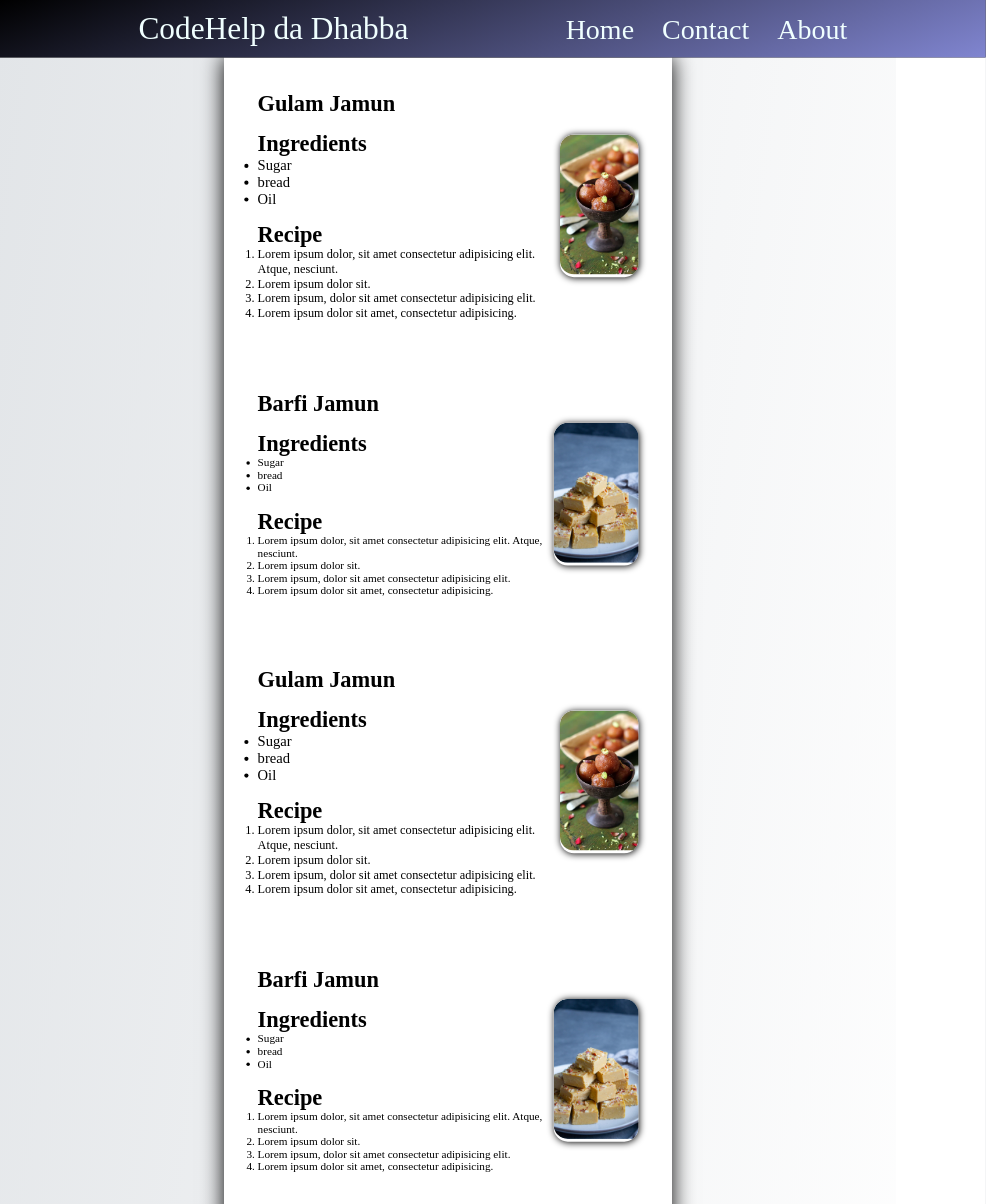
Repository: ssaddamhuss100/Recipe_Html_css
Page: index.html
An editor plug-in stored every save of this project. The page is shown before and after the next save, followed by the edit.
The browser window is 1280 px wide. The page is 1408 px wide, so the pictures cover 1408 px, including what lies to the right of the window. The pictures show the part of the page from y = 0 to 1720 px (the page is 2587 px tall), at 70% of full size.

Above is the page before, as saved 2024-12-12 10:48:16.

### index.html
<!DOCTYPE html>
<html lang="en">
<head>
    <meta charset="UTF-8">
    <meta http-equiv="X-UA-Compatible" content="IE=edge">
    <meta name="viewport" content="width=device-width, initial-scale=1.0">
    <title>Codehelp da Dhaaba</title>
    <link rel="stylesheet" href="style.css">
</head>
<body>

    <div class="container">

        <header>
            <div class="navContainer">
                <nav>
                    <ul id="navList">
                        <li>
                            <p id="navLogo">CodeHelp da Dhabba</p>
                        </li>
                        <li>
                            <div id="navItems">
                                <a href="#">Home</a>
                                <a href="#">Contact</a>
                                <a href="#">About</a>
                            </div>
                        </li>
                    </ul>
                </nav>
            </div>
        </header>

        <main>
            <div class="contentBox">
                <!-- item 1  -->
                <section>
                    <div class="item">
                        <div class="leftBox">
                            <!-- heaeding -->
                            <h2>Gulam Jamun</h2>

                            <div>
                                <h2>Ingredients</h2>
                                <ul class="ingBox">
                                    <li>Sugar</li>
                                    <li>bread</li>
                                    <li>Oil</li>
                                </ul>
                            </div>

                            <div>
                                <h2>Recipe</h2>
                                <ol class="recipeBox">
                                    <li>Lorem ipsum dolor, sit amet consectetur adipisicing elit. Atque, nesciunt.</li>
                                    <li>Lorem ipsum dolor sit.</li>
                                    <li>Lorem ipsum, dolor sit amet consectetur adipisicing elit.</li>
                                    <li>Lorem ipsum dolor sit amet, consectetur adipisicing.</li>
                                </ol>
                            </div>



                        </div>

                        <div class="rightBox">
                            <img
                                src="bread-gulab-jamun-recipe.jpg"
                            />
                            <div class="overlay">
                                <span> Click here to Buy</span>
                            </div>
                        </div>
                    </div>
                </section>

                <section>
                    <div class="item">
                        <div class="leftBox">
                            <!-- heaeding -->
                            <h2>Barfi Jamun</h2>

                            <div>
                                <h2>Ingredients</h2>
                                <ul>
                                    <li>Sugar</li>
                                    <li>bread</li>
                                    <li>Oil</li>
                                </ul>
                            </div>

                            <div>
                                <h2>Recipe</h2>
                                <ol>
                                    <li>Lorem ipsum dolor, sit amet consectetur adipisicing elit. Atque, nesciunt.</li>
                                    <li>Lorem ipsum dolor sit.</li>
                                    <li>Lorem ipsum, dolor sit amet consectetur adipisicing elit.</li>
                                    <li>Lorem ipsum dolor sit amet, consectetur adipisicing.</li>
                                </ol>
                            </div>



                        </div>
                        <div class="rightBox">
                            <img
                                src="Magaz-5-of-5-2-960x1440.jpg"
                            />
                        </div>
                    </div>
                </section>

                <section>
                    <div class="item">
                        <div class="leftBox">
                            <!-- heaeding -->
                            <h2>Gulam Jamun</h2>

                            <div>
                                <h2>Ingredients</h2>
                                <ul class="ingBox">
                                    <li>Sugar</li>
                                    <li>bread</li>
                                    <li>Oil</li>
                                </ul>
                            </div>

                            <div>
                                <h2>Recipe</h2>
                                <ol class="recipeBox">
                                    <li>Lorem ipsum dolor, sit amet consectetur adipisicing elit. Atque, nesciunt.</li>
                                    <li>Lorem ipsum dolor sit.</li>
                                    <li>Lorem ipsum, dolor sit amet consectetur adipisicing elit.</li>
                                    <li>Lorem ipsum dolor sit amet, consectetur adipisicing.</li>
                                </ol>
                            </div>



                        </div>

                        <div class="rightBox">
                            <img
                                src="bread-gulab-jamun-recipe.jpg"
                            />
                            <div class="overlay">
                                <span> Click here to Buy</span>
                            </div>
                        </div>
                    </div>
                </section>

                <section>
                    <div class="item">
                        <div class="leftBox">
                            <!-- heaeding -->
                            <h2>Barfi Jamun</h2>

                            <div>
                                <h2>Ingredients</h2>
                                <ul>
                                    <li>Sugar</li>
                                    <li>bread</li>
                                    <li>Oil</li>
                                </ul>
                            </div>

                            <div>
                                <h2>Recipe</h2>
                                <ol>
                                    <li>Lorem ipsum dolor, sit amet consectetur adipisicing elit. Atque, nesciunt.</li>
                                    <li>Lorem ipsum dolor sit.</li>
                                    <li>Lorem ipsum, dolor sit amet consectetur adipisicing elit.</li>
                                    <li>Lorem ipsum dolor sit amet, consectetur adipisicing.</li>
                                </ol>
                            </div>



                        </div>
                        <div class="rightBox">
                            <img
                                src="Magaz-5-of-5-2-960x1440.jpg"
                            />
                        </div>
                    </div>
                </section>

                <section>
                    <div class="item">
                        <div class="leftBox">
                            <!-- heaeding -->
                            <h2>Gulam Jamun</h2>

                            <div>
                                <h2>Ingredients</h2>
                                <ul class="ingBox">
                                    <li>Sugar</li>
                                    <li>bread</li>
                                    <li>Oil</li>
                                </ul>
                            </div>

                            <div>
                                <h2>Recipe</h2>
                                <ol class="recipeBox">
                                    <li>Lorem ipsum dolor, sit amet consectetur adipisicing elit. Atque, nesciunt.</li>
                                    <li>Lorem ipsum dolor sit.</li>
                                    <li>Lorem ipsum, dolor sit amet consectetur adipisicing elit.</li>
                                    <li>Lorem ipsum dolor sit amet, consectetur adipisicing.</li>
                                </ol>
                            </div>



                        </div>

                        <div class="rightBox">
                            <img
                                src="bread-gulab-jamun-recipe.jpg"
                            />
                            <div class="overlay">
                                <span> Click here to Buy</span>
                            </div>
                        </div>
                    </div>
                </section>

                <section>
                    <div class="item">
                        <div class="leftBox">
                            <!-- heaeding -->
                            <h2>Barfi Jamun</h2>

                            <div>
                                <h2>Ingredients</h2>
                                <ul>
                                    <li>Sugar</li>
                                    <li>bread</li>
                                    <li>Oil</li>
                                </ul>
                            </div>

                            <div>
                                <h2>Recipe</h2>
                                <ol>
                                    <li>Lorem ipsum dolor, sit amet consectetur adipisicing elit. Atque, nesciunt.</li>
                                    <li>Lorem ipsum dolor sit.</li>
                                    <li>Lorem ipsum, dolor sit amet consectetur adipisicing elit.</li>
                                    <li>Lorem ipsum dolor sit amet, consectetur adipisicing.</li>
                                </ol>
                            </div>



                        </div>
                        <div class="rightBox">
                            <img
                                src="Magaz-5-of-5-2-960x1440.jpg"
                            />
                        </div>
                    </div>
                </section>
            </div>
        </main>

        <footer>
           <div class="footerBox">
                <p>
                    Copyright  &copy; CodeHelp da Dhaaba Pvt Ltd 2023 All Rights Reserved
                </p>
           </div>
        </footer>


    </div>

</body>
</html>

### style.css
*{
    margin: 0;
    padding: 0;
    box-sizing: border-box;
}
.container{
    height: 100%;
    width: 100%;
    overflow-x: none;
    background-color: #e2e5e8;
    background-image: linear-gradient(98deg, #e2e5e8 0%, #ffffff 100%);

}

.navContainer{
    width: 110vw;
    /* background-color: rgba(113, 113, 154, 0.776);
    */
    background-color: #000000;
   background-image: linear-gradient(160deg, #000000 0%, #8085d0 100%);

    min-height: 30px;
    display: flex;
    justify-content: center;
    align-items: center;
    position: relative;
}
nav{
    width: 90%;
}
#navList{
    width: 100%;
    padding: 15px;
    /* margin-left: 15px;
    margin-right: 15px; */
    list-style: none;
    font-size: 2.5rem;
    display: flex;
    justify-content: space-around;
    align-items: center;
}

#navLogo{
    font-size: 2.8rem;
    color: azure;
}

a{
    text-decoration: none;
    color: azure;
}
#navItems{
    display: flex;
    gap: 40px;

}

footer{
    width: 100%;
}

.footerBox{
    background-color: #000000;
    background-image: linear-gradient(160deg, #000000 0%, #8085d0 100%);

    width: 100%;
    text-align: center;
    min-height: 40px;
}

.footerBox p {
    color: azure;
    font-size: 2rem;
}

.contentBox{
    width: 50%;
    margin: auto;
    /* border: 1px solid black; */
    background-color: white;
    display: flex;
    flex-direction: column;
    gap: 100px;
    padding: 3rem;
    box-shadow: 0px 0px 30px black;
}

.item{
    display: flex;
    justify-content: space-around;
    align-items: center;
}

.rightBox{
    position: relative;
    overflow: hidden;
    transition: all 0.3s linear 0s;
    box-shadow: 1px 1px 10px black;
    border-radius: 20px;
}

.rightBox img{
    height: 200px;
    border-radius: 20px;
    transition: all 0.6s linear 0s;
}

.rightBox:hover{
    transform: scale(1.1);
}

.leftBox{
    display: flex;
    flex-direction: column;
    gap: 20px;
}
.leftBox h2{
    font-size: 2rem;
}

.ingBox{
    font-size: 1.3rem;
}

.recipeBox{
    font-size: 1.1rem;
}

.rightBox .overlay{
    position: absolute;
    top: 0;
    left: 0;
    height: 100%;
    width: 100%;
    background-color: rgba(36, 34, 34, 0.713);
    border-radius: 20px;
    display: flex;
    align-items: center;
    justify-content: center;
    opacity: 0;
    transition: all 0.3s linear 0s;
}

.rightBox:hover .overlay{
    opacity: 1;
}

.rightBox .overlay span{
    color: white;
    font-size: 1.2rem;
}

After the next save:
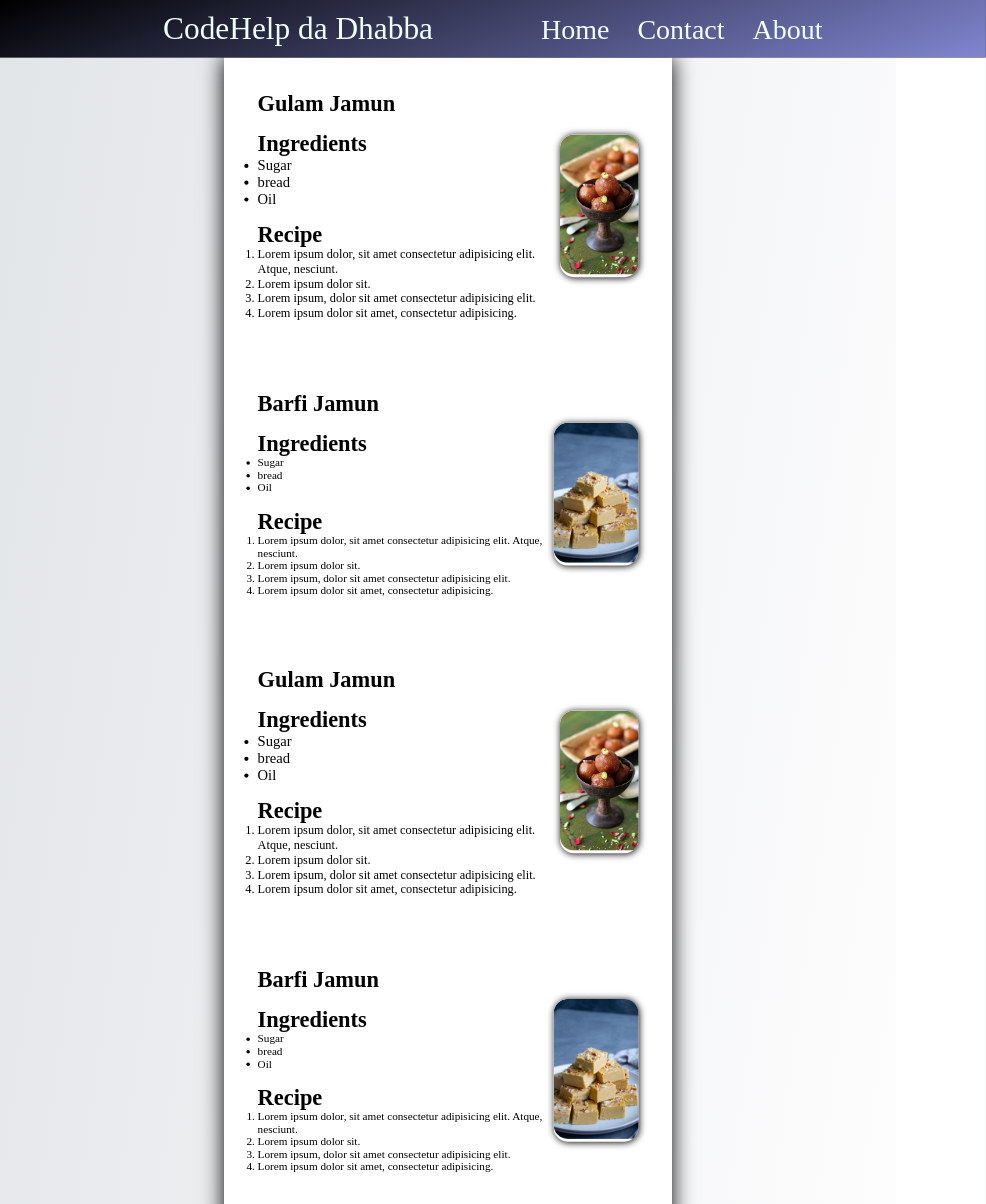
Saved 5 s later.
--- a/style.css
+++ b/style.css
@@ -26,7 +26,7 @@
     position: relative;
 }
 nav{
-    width: 90%;
+    width: 80%;
 }
 #navList{
     width: 100%;
